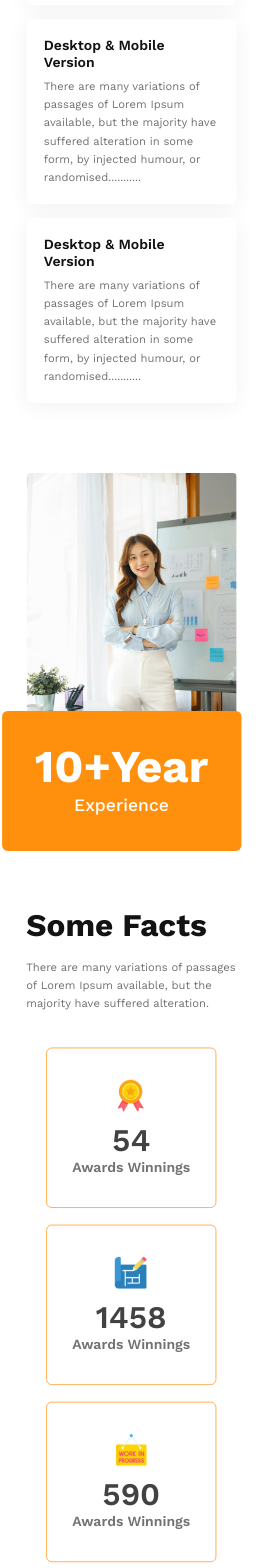
Repository: ShouravAhammed/G3-architects-webpage
Page: index.html
These files come from the project's save history. The page is drawn as it stood at one moment and after the next save; the edit follows.
The browser window is 375 px wide. The pictures show the part of the page from y = 2811 to 5051 px (the page is 6170 px tall), at 70% of full size.

Above is the page before, as saved 2024-01-13 19:01:03.

After the next save:
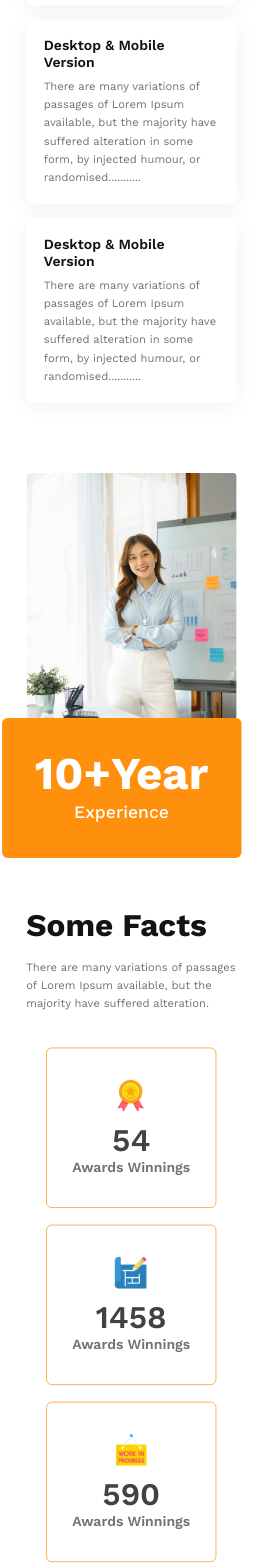
Saved 72 s later.
--- a/styles/style.css
+++ b/styles/style.css
@@ -312,7 +312,7 @@
     .ten-years-badge {
         width: 342px;
         left: -35px;
-        bottom: 80px;
+        bottom: 70px;
     }
 
 

After the save that followed:
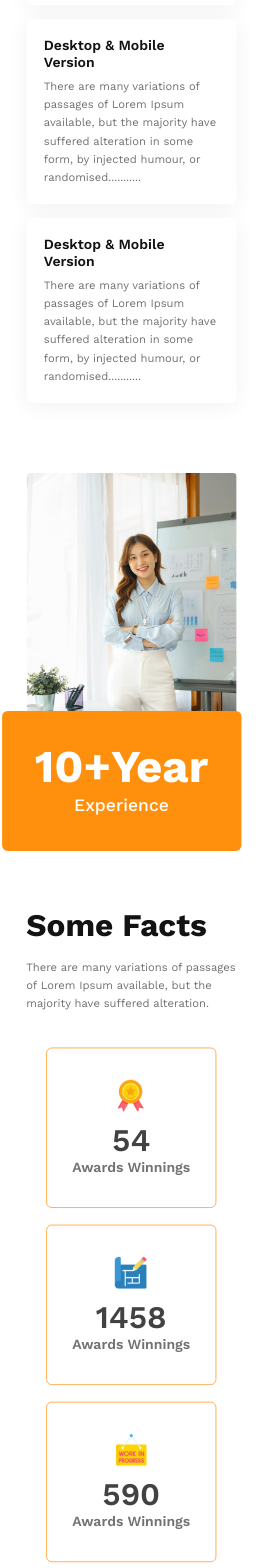
Saved 88 s later.
--- a/styles/style.css
+++ b/styles/style.css
@@ -312,7 +312,7 @@
     .ten-years-badge {
         width: 342px;
         left: -35px;
-        bottom: 70px;
+        bottom: 80px;
     }
 
 
